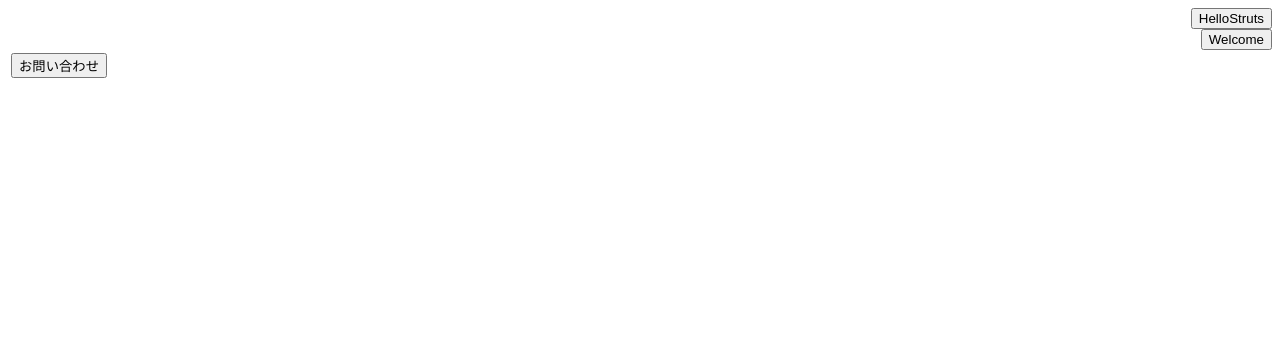
Repository: teru1236/test
Page: http://localhost/WebProj/
These files come from the project's save history. The page is drawn as it stood at one moment and after a run of saves; the edit follows.
The browser window is 1280 px wide. The pictures show the whole page.
The page is served by Tomcat 9. Other server files are loaded and not shown.

Above is the page before, as saved 2018-02-28 05:19:27.

### WebProj/WebContent/index.jsp
<%@ page language="java" contentType="text/html; charset=UTF-8" pageEncoding="UTF-8"%>
<%@ taglib prefix="s" uri="/struts-tags" %>
<!DOCTYPE html>
<html>
<head>
<meta http-equiv="Content-Type" content="text/html; charset=UTF-8">
<title>INDEX</title>
</head>
<body>
	<form action="HelloStrutsAction">
		<s:submit value="HelloStruts"/>
	</form>

	<form action="WelcomeAction">
		<s:submit value="Welcome"/>
	</form>

	<s:form action ="InquiryAction">
		<s:submit value="お問い合わせ"/>
	</s:form>
</body>
</html>

After the next 2 saves:
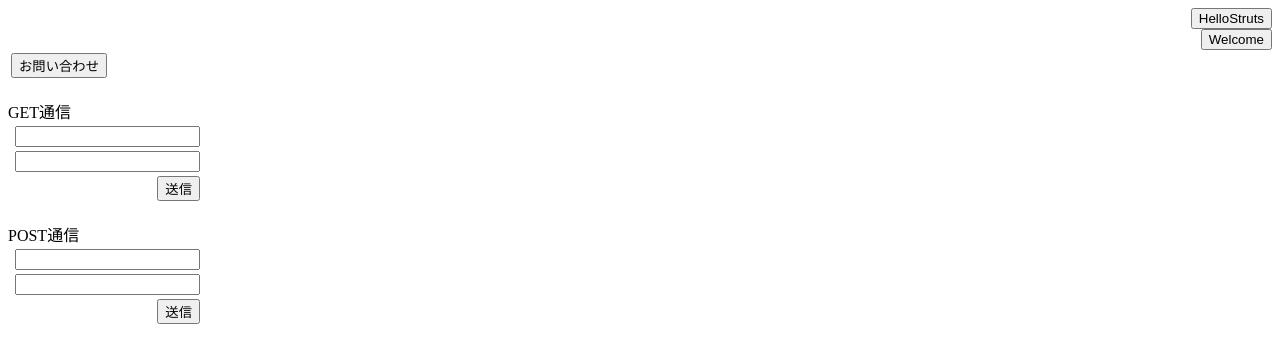
The 2 saves are shown as one change because they came seconds apart.
The last was saved 4 min 6 s later.
--- a/WebProj/WebContent/index.jsp
+++ b/WebProj/WebContent/index.jsp
@@ -18,5 +18,21 @@
 	<s:form action ="InquiryAction">
 		<s:submit value="お問い合わせ"/>
 	</s:form>
+
+	<br>
+	GET通信
+	<s:form method="get" action="TestAction">
+	<s:textfield name="username"/>
+	<s:password name="password"/>
+	<s:submit value="送信"/>
+	</s:form>
+
+	<br>
+	POST通信
+	<s:form method="post" action="TestAction">
+	<s:textfield name="username"/>
+	<s:password name="password"/>
+	<s:submit value="送信"/>
+	</s:form>
 </body>
 </html>
